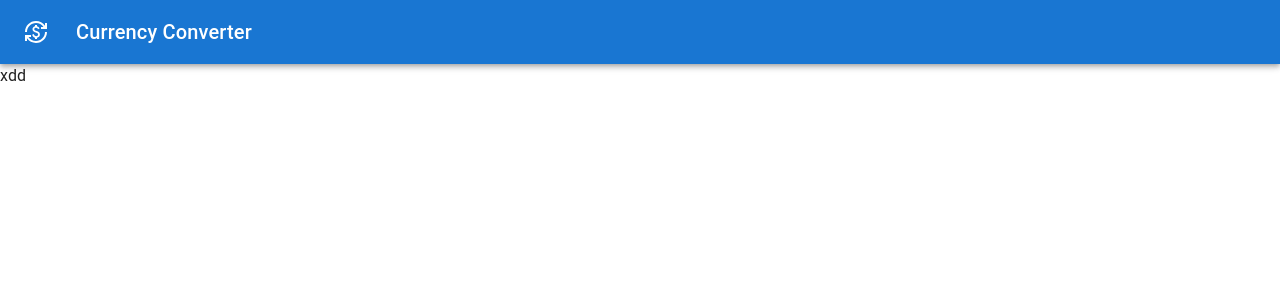
Repository: rutsguifd/currency-converter
Page: /
These files come from the project's save history. The page is drawn as it stood at one moment and after the next save; the edit follows.
The browser window is 1280 px wide. The pictures show the whole page.
The project was rebuilt for these pictures with package versions that can differ from the ones it lists, and the page was loaded fresh each time.

Above is the page before, as saved 2023-03-27 21:45:42.

After the next save:
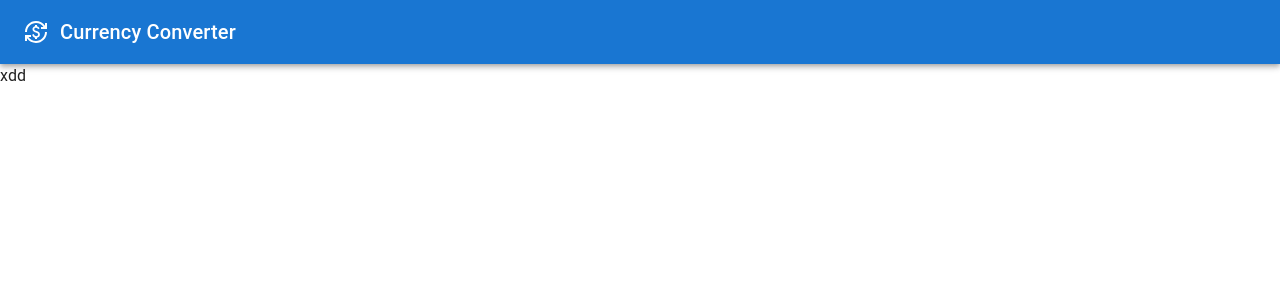
Saved 116 s later.
--- a/src/components/Header.jsx
+++ b/src/components/Header.jsx
@@ -7,13 +7,7 @@ const Header = () => {
     <Box sx={{ flexGrow: 1 }}>
       <AppBar position="static">
         <Toolbar>
-          <IconButton
-            size="large"
-            edge="start"
-            color="inherit"
-            aria-label="menu"
-            sx={{ mr: 2 }}
-          >
+          <IconButton size="large" edge="start" color="inherit">
             <CurrencyExchangeIcon />
           </IconButton>
           <Typography variant="h6" component="div" sx={{ flexGrow: 1 }}>
